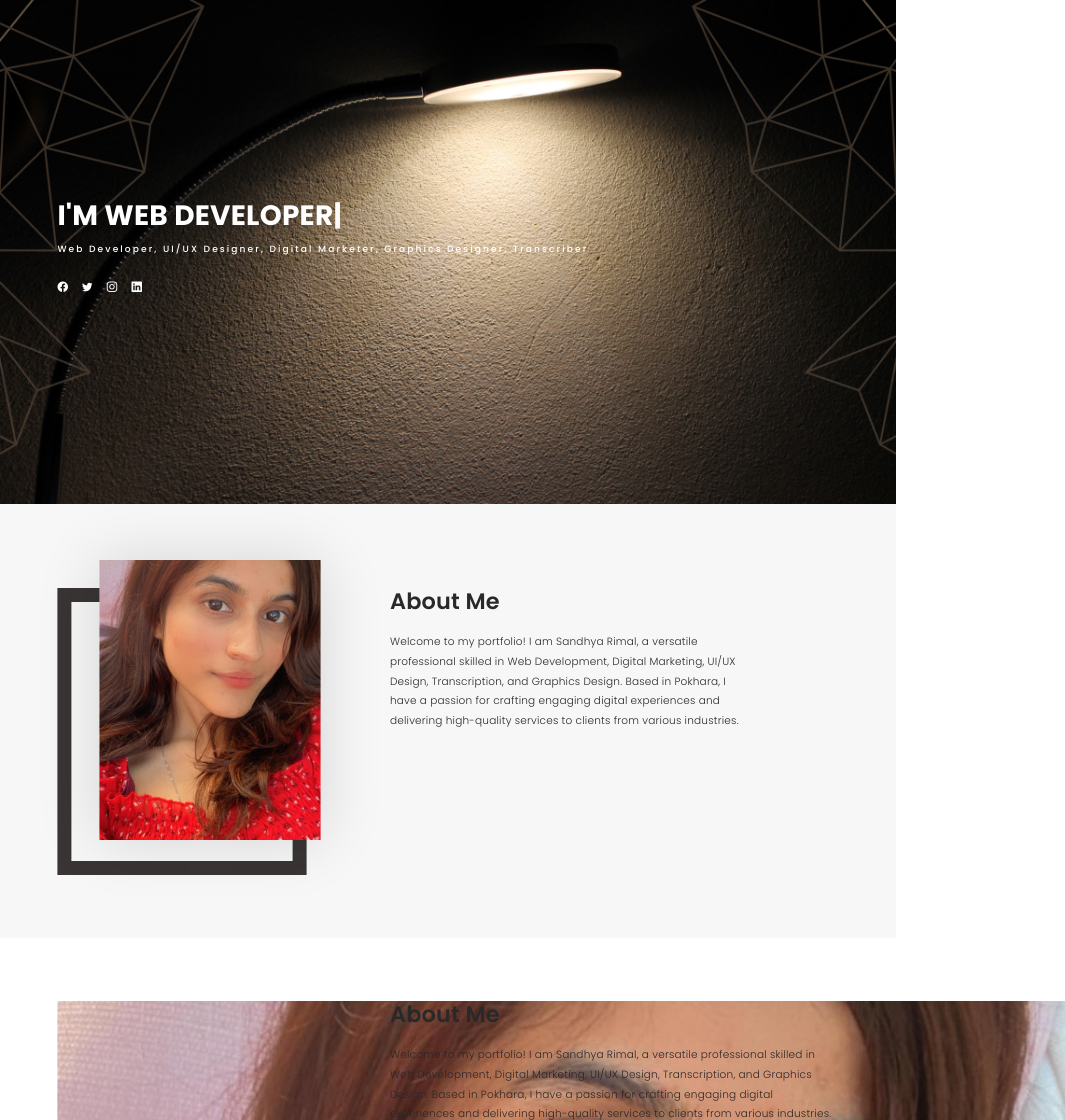
Repository: sandhya8109/portfolio
Page: index.html
These files come from the project's save history. The page is drawn as it stood at one moment and after the next save; the edit follows.
The browser window is 1280 px wide. The page is 1522 px wide, then 1280 px, so the pictures cover 1522 px, including what lies to the right of the window. The pictures show the part of the page from y = 0 to 1600 px (the page is 5909 px tall before and 4909 px after), at 70% of full size.
Some web fonts or font styles are not loaded; a fallback is used.

Above is the page before, as saved 2023-11-20 19:33:00.

### index.html
<!DOCTYPE html>
<html lang="en">

<head>
  <meta charset="utf-8">
  <meta content="width=device-width, initial-scale=1.0" name="viewport">

  <title>Sandhya's portfolio</title>
  <meta content="" name="description">
  <meta content="" name="keywords">

  <!-- Favicons -->
  <link href="assets/img/logo.png" rel="icon">
  <link href="assets/img/apple-touch-icon.png" rel="apple-touch-icon">

  <!-- Google Fonts -->
  <link href="https://fonts.googleapis.com/css?family=Poppins:300,300i,400,400i,500,500i,600,600i,700,700i|Playfair+Display:400,400i,500,500i,600,600i,700,700i,900,900i" rel="stylesheet">

  <!-- Vendor CSS Files -->
  <link href="assets/vendor/bootstrap/css/bootstrap.min.css" rel="stylesheet">
  <link href="assets/vendor/bootstrap-icons/bootstrap-icons.css" rel="stylesheet">
  <link href="assets/vendor/boxicons/css/boxicons.min.css" rel="stylesheet">
  <link href="assets/vendor/glightbox/css/glightbox.min.css" rel="stylesheet">
  <link href="assets/vendor/swiper/swiper-bundle.min.css" rel="stylesheet">

  <!-- Template Main CSS File -->
  <link href="assets/css/style.css" rel="stylesheet">
</head>

<body>

  <!-- ======= Header ======= -->
  <header id="header" class="fixed-top ">
    <div class="container d-flex align-items-center justify-content-between">

      <a href="index.html" class="logo"><img src="assets/img/logo.png" alt="" class="img-fluid"></a>
      <!-- Uncomment below if you prefer to use an text logo -->
      <!-- <h1 class="logo"><a href="index.html">Sandy Portfolio</a></h1> -->

      <nav id="navbar" class="navbar">
        <ul>
          <li><a class="nav-link scrollto active" href="#hero">Home</a></li>
          <li><a class="nav-link scrollto" href="#about">About</a></li>
          <li><a class="nav-link  scrollto" href="#portfolio">Portfolio</a></li>
          <li><a class="nav-link  scrollto" href="#journal">Blog</a></li>
          <li><a class="nav-link scrollto" href="#resume">Resume</a></li>
          <li class="dropdown"><a href="#"><span>Resume</span> <i class="bi bi-chevron-down"></i></a>
            <ul>
              <li><a href="#">Resume</a></li>
              <li class="dropdown"><a href="#"><span>Deep Drop Down</span> <i class="bi bi-chevron-right"></i></a>
                <ul>
                  <li><a href="#">Deep Drop Down 1</a></li>
                  <li><a href="#">Deep Drop Down 2</a></li>
                  <li><a href="#">Deep Drop Down 3</a></li>
                  <li><a href="#">Deep Drop Down 4</a></li>
                  <li><a href="#">Deep Drop Down 5</a></li>
                </ul>
              </li>
              <li><a href="#">Drop Down 2</a></li>
              <li><a href="#">Drop Down 3</a></li>
              <li><a href="#">Drop Down 4</a></li>
            </ul>
          </li>
          <li><a class="nav-link scrollto" href="#contact">Contact</a></li>
        </ul>
        <i class="bi bi-list mobile-nav-toggle"></i>
      </nav><!-- .navbar -->

    </div>
  </header><!-- End Header -->

  <!-- ======= Hero Section ======= -->
  <div id="hero" class="home">

    <div class="container">
      <div class="hero-content">
        <h1>I'm  <span class="typed" data-typed-items="Sandhya Rimal, Web Developer,UI/UX Designer, Digital Marketer,Graphics Designer, Transcriber"></span></h1>
        <p>Web Developer, UI/UX Designer, Digital Marketer, Graphics Designer, Transcriber</p>

        <ul class="list-unstyled list-social">
          <li><a href="https://www.facebook.com/sandhya809/"><i class="bi bi-facebook"></i></a></li>
          <li><a href="https://github.com/sandhya8109"><i class="bi bi-github"></i></a></li>
          <li><a href="https://www.instagram.com/8109_sandy/"><i class="bi bi-instagram"></i></a></li>
          <li><a href="https://www.linkedin.com/in/sandhya-rimal-7470601b7/"><i class="bi bi-linkedin"></i></a></li>
        </ul>
      </div>
    </div>
  </div><!-- End Hero -->

  <main id="main">

    <!-- ======= About Section ======= -->
    <div id="about" class="paddsection">
      <div class="container">
        <div class="row justify-content-between">

          <div class="col-lg-4 ">
            <div class="div-img-bg">
              <div class="about-img">
                <img src="assets/img/me.jpg" class="img-responsive" alt="me">
              </div>
            </div>
          </div>

          <div class="col-lg-7">
            <div class="about-descr">

              <h2>About Me </h2>
              <p class="separator">Welcome to my portfolio! I am Sandhya Rimal, a versatile professional skilled in Web Development, Digital Marketing, UI/UX Design, Transcription, and Graphics Design. Based in Pokhara, I have a passion for crafting engaging digital experiences and delivering high-quality services to clients from various industries.</p>

            </div>

          </div>
        </div>
      </div>
    </div><!-- End About Section -->
    <!-- ======= resume Section ======= -->
    <div id="resume" class="paddsection">
      <div class="container">
        <div class="row justify-content-between">

          <div class="col-lg-4 ">
            <div class="div-img-bg">
              <div class="about-img">
                <img src="assets/img/me.jpg" class="img-responsive" alt="me">
              </div>
            </div>
          </div>

          <div class="col-lg-7">
            <div class="about-descr">

              <h2>About Me </h2>
              <p class="separator">Welcome to my portfolio! I am Sandhya Rimal, a versatile professional skilled in Web Development, Digital Marketing, UI/UX Design, Transcription, and Graphics Design. Based in Pokhara, I have a passion for crafting engaging digital experiences and delivering high-quality services to clients from various industries.</p>

            </div>

          </div>
        </div>
      </div>
    </div><!-- End resume Section -->

    <!-- ======= Services Section ======= -->
    <div id="services">
      <div class="container">

        <div class="services-slider swiper" data-aos="fade-up" data-aos-delay="100">
          <div class="swiper-wrapper">

            <div class="swiper-slide">
              <div class="services-block">
                <i class="bi bi-briefcase"></i>
                <span>UI/UX DESIGN</span>
                <p class="separator">
                  Seamless UX/UI | Stunning interfaces | User-centric designs | Aesthetic & functional balance | Keen eye for detail.</p>
              </div>
            </div><!-- End testimonial item -->

            <div class="swiper-slide">
              <div class="services-block">
                <i class="bi bi-card-checklist"></i>
                <span>Web Development</span>
                <p class="separator">
                  Experienced Web Developer skilled in Wordpress, HTML, CSS, JavaScript, PHP and frameworks. Creates user-friendly, captivating websites for clients' unique needs.</p>
              </div>
                           </div><!-- End testimonial item -->
            <div class="swiper-slide">
              <div class="services-block">
                <i class="bi bi-bar-chart"></i>
                <span>Digital Marketing</span>
                <p class="separator">
                  Data-driven marketer | Boost brand visibility | Lead generation | Conversion optimization | SEO, social media, content expert.</p>
              </div>
            </div><!-- End testimonial item -->
            <div class="swiper-slide">
              <div class="services-block">
                <i class="bi bi-binoculars"></i>
                <span>Graphics Designing</span>
                <p class="separator">
                  Boundless creativity | Branding, logos, marketing | Eye-catching social media | Industry-leading tools | Idea to reality.</p>
              </div>
                            </div><!-- End testimonial item -->

            </div><!-- End testimonial item -->



          </div>
          <div class="swiper-pagination"></div>
        </div>

      </div>

    </div><!-- End Services Section -->

    <!-- ======= Portfolio Section ======= -->
    <div id="portfolio" class="paddsection">

      <div class="container">
        <div class="section-title text-center">
          <h2>My Portfolio</h2>
        </div>
      </div>

      <div class="container">

        <div class="row">
          <div class="col-lg-12 d-flex justify-content-center">
            <ul id="portfolio-flters">
              <li data-filter="*" class="filter-active">All</li>
              <li data-filter=".filter-app">Website</li>
              <li data-filter=".filter-card">UI/UX</li>
              <li data-filter=".filter-web">Graphics</li>
              <li data-filter=".filter-resume">Resume</li>
            </ul>
          </div>
        </div>

        <div class="row portfolio-container">

          <div class="col-lg-4 col-md-6 portfolio-item filter-app">
            <img src="assets/img/portfolio/owl.png" class="img-fluid" alt="">
            <div class="portfolio-info">
              <h4>Hope Ability</h4>
              <p>PHP</p>
              <a href="assets/img/portfolio/owl.png" data-gallery="portfolioGallery" class="portfolio-lightbox preview-link" title="App 1"><i class="bx bx-plus"></i></a>
              <a href="portfolio-details.html" class="details-link" title="More Details"><i class="bx bx-link"></i></a>
            </div>
          </div>

          <div class="col-lg-4 col-md-6 portfolio-item filter-web">
            <img src="assets/img/portfolio/final banner.png" class="img-fluid" alt="">
            <div class="portfolio-info">
              <h4>Gurung Bakery</h4>
              <p>Illustrator</p>
              <a href="assets/img/portfolio/final banner.png" data-gallery="portfolioGallery" class="portfolio-lightbox preview-link" title="Web 3"><i class="bx bx-plus"></i></a>
              <a href="portfolio-details.html" class="details-link" title="More Details"><i class="bx bx-link"></i></a>
            </div>
          </div>

          <div class="col-lg-4 col-md-6 portfolio-item filter-web">
            <img src="assets/img/portfolio/krishna janmastami.jpg" class="img-fluid" alt="">
            <div class="portfolio-info">
              <h4>App 2</h4>
              <p>App</p>
              <a href="assets/img/portfolio/krishna janmastami.jpg" data-gallery="portfolioGallery" class="portfolio-lightbox preview-link" title="App 2"><i class="bx bx-plus"></i></a>
              <a href="portfolio-details.html" class="details-link" title="More Details"><i class="bx bx-link"></i></a>
            </div>
          </div>

          <div class="col-lg-4 col-md-6 portfolio-item filter-card">
            <img src="assets/img/portfolio/flyer.png" class="img-fluid" alt="">
            <div class="portfolio-info">
              <h4>Card 2</h4>
              <p>Card</p>
              <a href="assets/img/portfolio/flyer.png" data-gallery="portfolioGallery" class="portfolio-lightbox preview-link" title="Card 2"><i class="bx bx-plus"></i></a>
              <a href="portfolio-details.html" class="details-link" title="More Details"><i class="bx bx-link"></i></a>
            </div>
          </div>

          <div class="col-lg-4 col-md-6 portfolio-item filter-web">
            <img src="assets/img/portfolio/lagan.png" class="img-fluid" alt="">
            <div class="portfolio-info">
              <h4>Web 2</h4>
              <p>Web</p>
              <a href="assets/img/portfolio/lagan.png" data-gallery="portfolioGallery" class="portfolio-lightbox preview-link" title="Web 2"><i class="bx bx-plus"></i></a>
              <a href="portfolio-details.html" class="details-link" title="More Details"><i class="bx bx-link"></i></a>
            </div>
          </div>

          <div class="col-lg-4 col-md-6 portfolio-item filter-app">
            <img src="assets/img/portfolio/letter head.jpg" class="img-fluid" alt="">
            <div class="portfolio-info">
              <h4>App 3</h4>
              <p>App</p>
              <a href="assets/img/portfolio/letter head.jpg" data-gallery="portfolioGallery" class="portfolio-lightbox preview-link" title="App 3"><i class="bx bx-plus"></i></a>
              <a href="portfolio-details.html" class="details-link" title="More Details"><i class="bx bx-link"></i></a>
            </div>
          </div>

        </div>

      </div>

    </div><!-- End Portfolio Section -->

    <!-- ======= Journal Section ======= -->
    <div id="journal" class="text-left paddsection">

      <div class="container">
        <div class="section-title text-center">
          <h2>Short Blog</h2>
        </div>
      </div>

      <div class="container">
        <div class="journal-block">
          <div class="row">

            <div class="col-lg-4 col-md-6">
              <div class="journal-info">

                <a href="blog-single.html"><img src="assets/img/blog-post-1.JPG" class="img-responsive" alt="img"></a>

                <div class="journal-txt">

                  <h4><a href="blog-single.html">Story of Dog</a></h4>
                  <p class="separator">To an English person, it will seem like simplified English
                  </p>

                </div>

              </div>
            </div>

            <div class="col-lg-4 col-md-6">
              <div class="journal-info">

                <a href="blog-single.html"><img src="assets/img/IMG_2219.JPG" class="img-responsive" alt="img"></a>

                <div class="journal-txt">

                  <h4><a href="blog-single.html">I Love You</a></h4>
                  <p class="separator">To an English person, it will seem like simplified English
                  </p>

                </div>

              </div>
            </div>

            <div class="col-lg-4 col-md-6">
              <div class="journal-info">

                <a href="blog-single.html"><img src="assets/img/blog-post-1.JPG" class="img-responsive" alt="img"></a>

                <div class="journal-txt">

                  <h4><a href="blog-single.html">Why?</a></h4>
                  <p class="separator">To an English person, it will seem like simplified English
                  </p>

                </div>

              </div>
            </div>

          </div>
        </div>
      </div>

    </div><!-- End Journal Section -->

    <!-- ======= Contact Section ======= -->
    <div id="contact" class="paddsection">
      <div class="container">
        <div class="contact-block1">
          <div class="row">

            <div class="col-lg-6">
              <div class="contact-contact">

                <h2 class="mb-30">GET IN TOUCH</h2>

                <ul class="contact-details">
                  <li><span>Bhajapatan-13</span></li>
                  <li><span>Pokhara, Nepal</span></li>
                  <li><span>+977 9862386184</span></li>
                  <li><span>sandyrimal07@gmail.com</span></li>
                </ul>

              </div>
            </div>

            <div class="col-lg-6">
              <form action="forms/contact.php" method="post" role="form" class="php-email-form">
                <div class="row gy-3">

                  <div class="col-lg-6">
                    <div class="form-group contact-block1">
                      <input type="text" name="name" class="form-control" id="name" placeholder="Your Name" required>
                    </div>
                  </div>

                  <div class="col-lg-6">
                    <div class="form-group">
                      <input type="email" class="form-control" name="email" id="email" placeholder="Your Email" required>
                    </div>
                  </div>

                  <div class="col-lg-12">
                    <div class="form-group">
                      <input type="text" class="form-control" name="subject" id="subject" placeholder="Subject" required>
                    </div>
                  </div>

                  <div class="col-lg-12">
                    <div class="form-group">
                      <textarea class="form-control" name="message" placeholder="Message" required></textarea>
                    </div>
                  </div>

                  <div class="col-lg-12">
                    <div class="loading">Loading</div>
                    <div class="error-message"></div>
                    <div class="sent-message">Your message has been sent. Thank you!</div>
                  </div>

                  <div class="mt-0">
                    <input type="submit" class="btn btn-defeault btn-send" value="Send message">
                  </div>

                </div>
              </form>
            </div>
          </div>
        </div>
      </div>
    </div><!-- End Contact Section -->

  </main><!-- End #main -->

  <!-- ======= Footer ======= -->
  <div id="footer" class="text-center">
    <div class="container">
      <div class="socials-media text-center">

        <ul class="list-unstyled">
          <li><a href="#"><i class="bi bi-facebook"></i></a></li>
          <li><a href="#"><i class="bi bi-github"></i></a></li>
          <li><a href="#"><i class="bi bi-instagram"></i></a></li>
          <li><a href="#"><i class="bi bi-linkedin"></i></a></li>
        </ul>

      </div>

      <p>&copy; Copyrights Sandy All rights reserved.</p>

      <div class="credits">Designed by <a href="https://bootstrapmade.com/">sandhyarimal.com.np</a>
      </div>

    </div>
  </div><!-- End Footer -->

  <a href="#" class="back-to-top d-flex align-items-center justify-content-center"><i class="bi bi-arrow-up-short"></i></a>

  <!-- Vendor JS Files -->
  <script src="assets/vendor/bootstrap/js/bootstrap.bundle.min.js"></script>
  <script src="assets/vendor/glightbox/js/glightbox.min.js"></script>
  <script src="assets/vendor/isotope-layout/isotope.pkgd.min.js"></script>
  <script src="assets/vendor/swiper/swiper-bundle.min.js"></script>
  <script src="assets/vendor/typed.js/typed.umd.js"></script>
  <script src="assets/vendor/php-email-form/validate.js"></script>

  <!-- Template Main JS File -->
  <script src="assets/js/main.js"></script>

</body>

</html>

Loaded but not shown: assets/vendor/bootstrap/css/bootstrap.min.css (library); assets/vendor/bootstrap-icons/bootstrap-icons.css (library); assets/vendor/boxicons/css/boxicons.min.css (library); assets/vendor/glightbox/css/glightbox.min.css (library); assets/vendor/swiper/swiper-bundle.min.css (library); assets/vendor/bootstrap/js/bootstrap.bundle.min.js (library); assets/vendor/glightbox/js/glightbox.min.js (library); assets/vendor/isotope-layout/isotope.pkgd.min.js (library); assets/vendor/swiper/swiper-bundle.min.js (library); assets/vendor/typed.js/typed.umd.js (library); assets/vendor/php-email-form/validate.js (common file); assets/js/main.js (263 lines, source omitted); assets/css/style.css (1547 lines, source omitted)

After the next save:
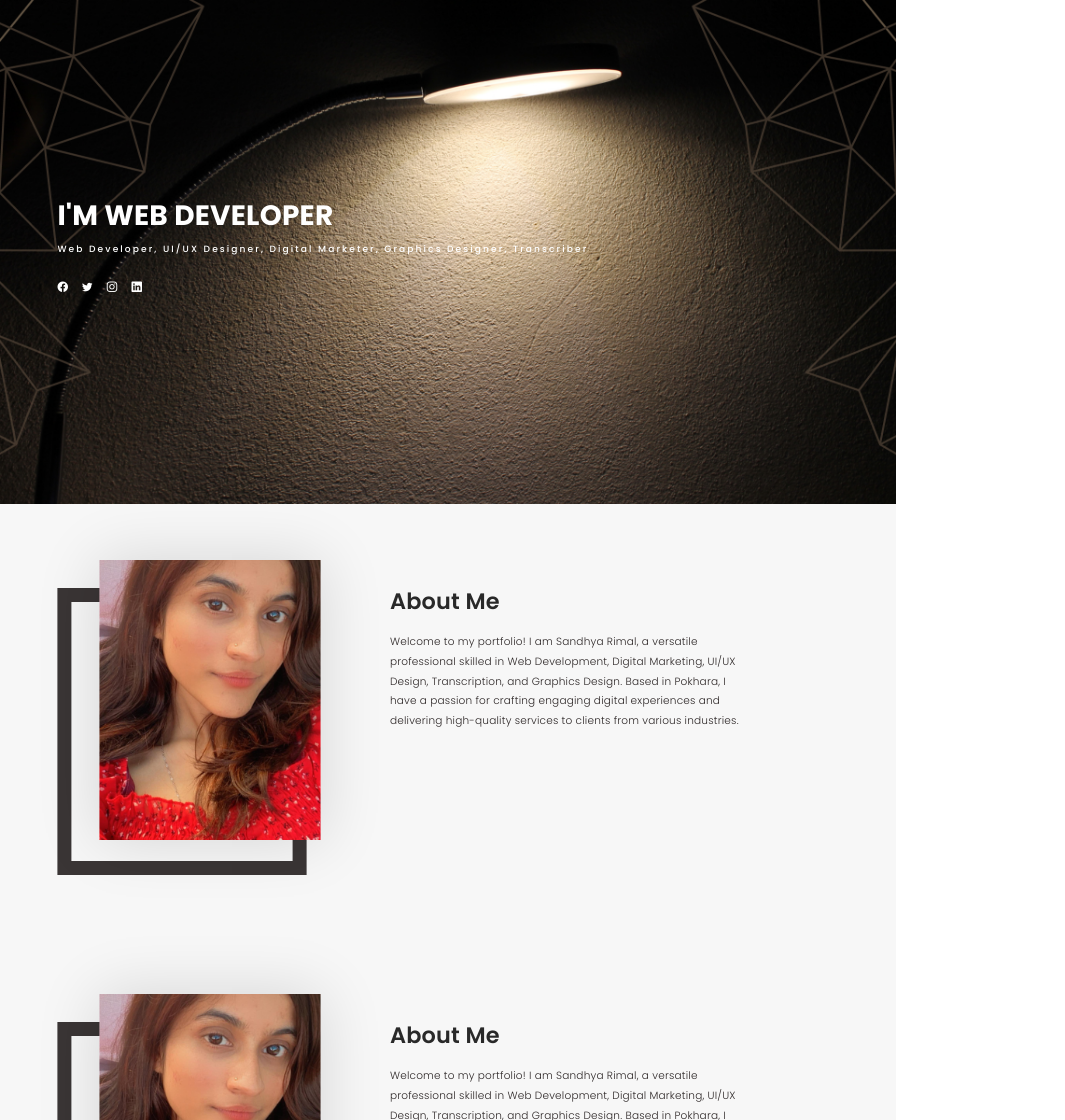
Saved 39 s later.
--- a/index.html
+++ b/index.html
@@ -115,7 +115,7 @@
       </div>
     </div><!-- End About Section -->
     <!-- ======= resume Section ======= -->
-    <div id="resume" class="paddsection">
+    <div id="about" class="paddsection">
       <div class="container">
         <div class="row justify-content-between">
 
